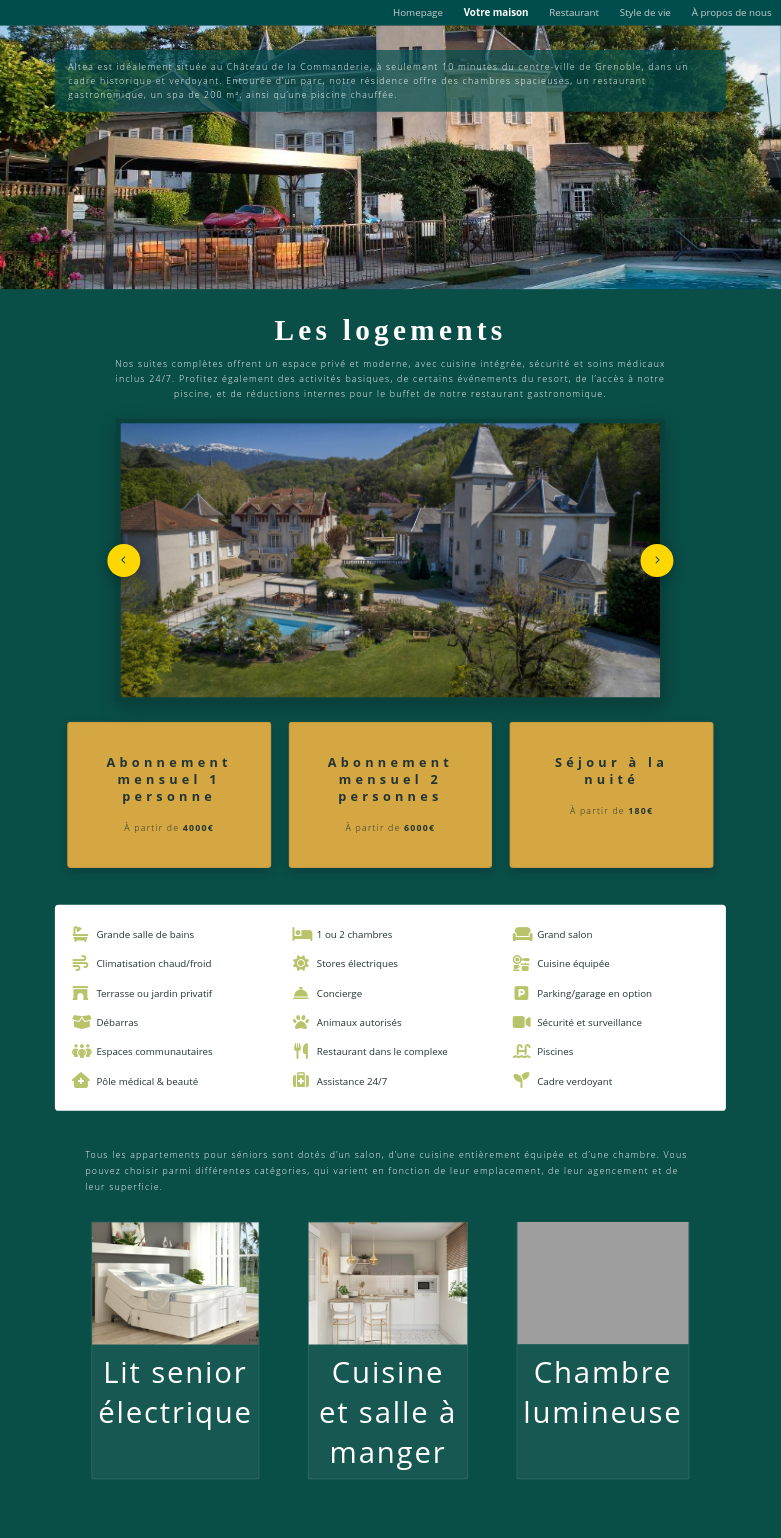
Repository: Rahimzeeeer/alteaaaa
Page: maison.html
The author's editor kept a copy of each file at every save. The page is drawn from the files as they stood at one save, then again after the next save.
The browser window is 1280 px wide. The pictures show the whole page, at 61% of full size.
Pictures or frames that could not be fetched are drawn as grey boxes.

Above is the page before, as saved 2025-08-12 17:37:52.

### maison.html
<!DOCTYPE html>
<html lang="fr">
<head>
  <meta charset="UTF-8" />
  <meta name="viewport" content="width=device-width, initial-scale=1.0"/>
  <title>Votre maison – Altea</title>
  <link rel="stylesheet" href="style.css" />
  <link rel="stylesheet" href="https://cdnjs.cloudflare.com/ajax/libs/font-awesome/6.5.0/css/all.min.css"/>
</head>
<body>

  <!-- Navbar -->
  <header>
    <nav class="navbar">
      <ul>
        <li><a href="index.html">Homepage</a></li>
        <li><a href="maison.html" class="active">Votre maison</a></li>
        <li><a href="restaurant.html">Restaurant</a></li>
        <li><a href="style.html">Style de vie</a></li>
        <li><a href="apropos.html">À propos de nous</a></li>
      </ul>
    </nav>
  </header>

  <!-- Bandeau visuel + encart -->
  <section class="cover-banner" style="--cover:url('images/maison/cover.jpg')">
    <p class="cover-bubble">
      Altea est idéalement située au Château de la Commanderie, à seulement 10 minutes du centre-ville de Grenoble,
      dans un cadre historique et verdoyant. Entourée d’un parc, notre résidence offre des chambres spacieuses,
      un restaurant gastronomique, un spa de 200 m², ainsi qu’une piscine chauffée.
    </p>
  </section>

  <!-- Titre + intro -->
  <section class="lodging-intro">
    <h1>Les logements</h1>
    <p>
      Nos suites complètes offrent un espace privé et moderne, avec cuisine intégrée, sécurité et soins médicaux inclus 24/7.
      Profitez également des activités basiques, de certains événements du resort, de l’accès à notre piscine, et de
      réductions internes pour le buffet de notre restaurant gastronomique.
    </p>

    <!-- Visuel principal / carrousel (statique pour l’instant) -->
    <div class="lodging-hero">
      <button class="slide-btn prev"><i class="fa-solid fa-chevron-left"></i></button>
      <img src="images/maison/slider-1.jpg" alt="Résidence Altea" />
      <button class="slide-btn next"><i class="fa-solid fa-chevron-right"></i></button>
    </div>

    <!-- Cartes tarifs -->
    <div class="price-cards">
      <article class="price-card">
        <h4>Abonnement mensuel 1 personne</h4>
        <p class="price-note">À partir de <strong>4000€</strong></p>
      </article>
      <article class="price-card">
        <h4>Abonnement mensuel 2 personnes</h4>
        <p class="price-note">À partir de <strong>6000€</strong></p>
      </article>
      <article class="price-card">
        <h4>Séjour à la nuité</h4>
        <p class="price-note">À partir de <strong>180€</strong></p>
      </article>
    </div>
  </section>

  <!-- Équipements (panneau blanc) -->
  <section class="features-panel">
    <div class="features-grid">
      <div class="feature"><i class="fa-solid fa-bath"></i> Grande salle de bains</div>
      <div class="feature"><i class="fa-solid fa-bed"></i> 1 ou 2 chambres</div>
      <div class="feature"><i class="fa-solid fa-couch"></i> Grand salon</div>

      <div class="feature"><i class="fa-solid fa-wind"></i> Climatisation chaud/froid</div>
      <div class="feature"><i class="fa-solid fa-sun"></i> Stores électriques</div>
      <div class="feature"><i class="fa-solid fa-kitchen-set"></i> Cuisine équipée</div>

      <div class="feature"><i class="fa-solid fa-archway"></i> Terrasse ou jardin privatif</div>
      <div class="feature"><i class="fa-solid fa-bell-concierge"></i> Concierge</div>
      <div class="feature"><i class="fa-solid fa-square-parking"></i> Parking/garage en option</div>

      <div class="feature"><i class="fa-solid fa-box-open"></i> Débarras</div>
      <div class="feature"><i class="fa-solid fa-paw"></i> Animaux autorisés</div>
      <div class="feature"><i class="fa-solid fa-video"></i> Sécurité et surveillance</div>

      <div class="feature"><i class="fa-solid fa-people-group"></i> Espaces communautaires</div>
      <div class="feature"><i class="fa-solid fa-utensils"></i> Restaurant dans le complexe</div>
      <div class="feature"><i class="fa-solid fa-water-ladder"></i> Piscines</div>

      <div class="feature"><i class="fa-solid fa-house-medical"></i> Pôle médical & beauté</div>
      <div class="feature"><i class="fa-solid fa-suitcase-medical"></i> Assistance 24/7</div>
      <div class="feature"><i class="fa-solid fa-seedling"></i> Cadre verdoyant</div>
    </div>
  </section>

  <!-- Texte + galerie à légendes -->
  <section class="lodging-gallery">
    <div class="lg-text">
      <p>
        Tous les appartements pour séniors sont dotés d’un salon, d’une cuisine entièrement équipée et d’une
        chambre. Vous pouvez choisir parmi différentes catégories, qui varient en fonction de leur emplacement,
        de leur agencement et de leur superficie.
      </p>
    </div>
    <div class="lg-grid">
      <figure class="lg-item">
        <img src="images/maison/lit-senior.png" alt="Lit senior électrique" />
        <figcaption>Lit senior électrique</figcaption>
      </figure>
      <figure class="lg-item">
        <img src="images/maison/cuisine.webp" alt="Cuisine et salle à manger" />
        <figcaption>Cuisine et salle à manger</figcaption>
      </figure>
      <figure class="lg-item">
        <img src="images/maison/chambre.jpg" alt="Chambre lumineuse" />
        <figcaption>Chambre lumineuse</figcaption>
      </figure>
    </div>
  </section>

</body>
</html>

### style.css
/* =========================
   Variables & reset
========================= */
:root{
  --green: #0a4e48;      /* vert profond (fond global) */
  --teal:  #004d4d;      /* navbar / boutons */
  --gold:  gold;         /* accents dorés */
  --ink:   #233;         /* texte sombre sur fond clair */
  --white: #fff;
}

*{ box-sizing: border-box; }

/* ===== Fonts ===== */
/* Exemple : Serif pour titres et Sans-serif pour le reste */
@import url('https://fonts.googleapis.com/css2?family=Merriweather:wght@400;700&family=Open+Sans:wght@400;600&display=swap');


/* Titres en serif */
h1, h2, h3, h4, .section-title {
  font-family: 'Open sans', serif;
  letter-spacing: 7px;
  font-size: 2.5rem; /* plus grand */
}

h1{
  font-size: 3rem; /* plus grand */
}
h2{
  font-size: 2rem; /* plus grand */
}

h3{
  font-size: 1.8rem; /* plus grand */
}

h4{
  font-size: 1.3rem; /* plus grand */
}
p{
  font-size: 0.9rem; /* plus grand */
}


p, span{
  font-family: 'Open sans', sans-serif;
  letter-spacing: 2px;
  font-weight : lighter
}



body{
  margin: 0;
  font-family: 'Open Sans', sans-serif;
  background-color: var(--green);
  color: var(--white);
}

/* Texte vert sur fond jaune */
.gold-bg {
    background-color: #d4a949;
    color: #004d40; /* Vert foncé élégant */
}

.gold-bg h2,
.gold-bg h3,
.gold-bg p {
    color: #004d40;
}


/* =========================
   Navbar
========================= */
.navbar{
  background-color: var(--teal);
  padding: 10px 0;
  text-align: right;
  box-shadow: 0 2px 8px rgba(0,0,0,0.3);
}
.navbar ul{ list-style: none; margin: 0; padding: 0; }
.navbar li{ display: inline-block; margin: 0 15px; }
.navbar a{
  color: #ccc;
  text-decoration: none;
  font-size: 16px;
  transition: color .3s ease;
}
.navbar a:hover,
.navbar a.active{ color: var(--white); }
.navbar a.active{ font-weight: bold; }

/* =========================
   Hero
========================= */
.hero {
  position: relative;
  width: 100%;
  height: 90vh;
  display: flex;
  align-items: center;
  justify-content: center;
}

.hero-image {
  position: absolute; inset: 0;
  width: 100%; height: 100%;
  object-fit: cover; z-index: -1;
  filter: brightness(0.8);
  transform: scale(1.03);
}

/* === Homepage hero refinements === */
.hero-content {
  width: 100%;
  height: 100%;
  display: flex;
  flex-direction: column;
  justify-content: flex-start;
  align-items: center;
  padding-top: 2vh; /* valeur réduite = logo monte */
  text-align: center;
  color: var(--white);
}


.hero-logo {
  max-width: 280px; /* taille augmentée */
}


.hero-welcome {
  font-family: 'Open sans', serif;
  letter-spacing: 10px;
  text-transform: uppercase;
  font-size: 2rem; /* plus grand pour un effet prestige */
  opacity: 0.9;
  margin-bottom: 8px;
}


.hero-buttons {
  position: absolute;
  bottom: 24px;
  margin: 0;
}

.hero-buttons .btn {
  display: inline-block;
  background-color: var(--green);
  color: var(--gold);
  padding: 10px 16px;
  margin: 10px;
  font-weight: lighter;
  text-decoration: none;
  border-radius: 4px;
  transition: filter 0.3s, transform 0.3s;
  font-size: 1em;
  border: 1px solid rgba(0,0,0,0.1);
  font-family: 'Open sans'seif;
  letter-spacing: 5px;
}

.hero-buttons .btn:hover {
  filter: brightness(1.05);
  transform: translateY(-1px);
}


/* =========================
   Catégories
========================= */
.section-title{
  text-align: center;
  font-size: 2rem;
  margin: 30px 0;
  color: var(--white);
  font-weight: lighter;
}
.category-grid{
  display: grid;
  grid-template-columns: repeat(3, 1fr);
  gap: 15px;
  max-width: 1000px;
  margin: 0 auto;
}
.category-item{ position: relative; overflow: hidden; }
.category-item img{ width: 100%; display: block; }
.category-item span{
  position: absolute; left: 50%; bottom: 10px;
  transform: translateX(-50%);
  background-color: rgba(0,77,77,.8);
  color: var(--white);
  padding: 6px 12px;

  border-radius: 4px;
}

/* =========================
   Notre resort
========================= */
.resort{
  max-width: 1000px;
  margin: 50px auto;
  padding: 20px;
  color: var(--white);
  text-align: center;
}
.resort-text h2{ font-size: 2em; margin: 0 0 10px; }
.resort-text p{ margin: 15px 0; line-height: 1.5; }
.btn-gold{
  background-color: var(--gold);
  color: var(--teal);
  padding: 8px 14px;
  text-decoration: none;
  font-weight: bold;
  border-radius: 20px;

}
.resort-video video{
  margin-top: 20px;
  width: 100%;
  border-radius: 8px;
}

/* =========================
   Actualités
========================= */
.actualites{
  padding: 40px;
  text-align: center;
  background-color: var(--teal);
  color: var(--white);
}
.actus-grid{
  display: grid;
  grid-template-columns: repeat(3, 1fr);
  padding: 0 50px; /* marge interne gauche/droite */
  gap: 20px;
}
.actus-item{
  background: transparent;
  border: 1px solid var(--gold);
  position: relative;
}
.actus-item img{
  width: 100%;
  height: 300px;         /* taille uniforme */
  object-fit: cover;     /* recadrage propre */
  border-bottom: 2px solid var(--gold);
}
.actus-item h3,p{
  text-align: left;
  padding: 0 30px;
}
.plus-btn{
  position: absolute; bottom: 10px; right: 10px;
  background-color: var(--gold);
  color: var(--teal);
  font-weight: bold;
  border-radius: 50%;
  padding: 5px 10px;
  cursor: pointer;
}

/* =========================
   Avis (fond flou en arrière-plan)
========================= */
.avis{
  position: relative;
  overflow: hidden;
  min-height: 100vh;                    /* ≈ une page */
  display: flex; flex-direction: column;
  justify-content: center; align-items: center;
  padding: 60px 20px;
  text-align: center;
  color: var(--white);
}
.avis::before{
  content: "";
  position: absolute; inset: 0;
  background: url('images/index/avisbg.png') center/cover no-repeat;
  filter: brightness(0.6);
  transform: scale(1.03);
  z-index: 0;
}
.avis > *{ position: relative; z-index: 1; }
.avis h2{ margin-bottom: 24px; font-size: 2.2rem; }
.avis-container{
  display: flex; justify-content: center; flex-wrap: wrap;
  gap: 40px;
}
.avis-item{ max-width: 360px; font-style: italic; }

/* =========================
   Nous contacter
========================= */
.contact{
  background-color: #d4a743;  /* fond or/moutarde */
  padding: 60px 20px;
  color: var(--ink);
  text-align: center;
}

.contact h3 {
  text-align: left;
  font-size: 1.8rem;

}

.contact-grid{
  max-width: 1000px; margin: 0 auto;
  display: grid; grid-template-columns: repeat(3, 1fr);
  gap: 24px;
}
.contact-box{
  background: rgba(255,255,255,.02);
  border: 2px solid var(--green);
  border-radius: 8px;
  padding: 24px;
  min-height: 220px;
  box-shadow: 0 2px 6px rgba(0,0,0,.08);
}
.contact-box h3{
  margin: 0 0 12px;
  font-weight: 700;
}

/* =========================
   Responsive
========================= */
@media (max-width: 900px){
  .category-grid{ grid-template-columns: 1fr 1fr; }
  .actus-grid{ grid-template-columns: 1fr; }
  .contact-grid{ grid-template-columns: 1fr; }
  .hero{ height: 70vh; }
}


/* =========================
   Votre maison
========================= */

/* Bandeau haut avec encart */
.cover-banner{
  position: relative;
  width: 100%;
  height: 60vh;
  background: var(--green);
  display: flex;
  align-items: flex-start;
  justify-content: center;
  padding-top: 40px;
}
.cover-banner::before{
  content: "";
  position: absolute; inset: 0;
  background: var(--green) center/cover no-repeat;
  background-image: var(--cover);

  z-index: 0;
}
.cover-bubble{
  position: relative;
  z-index: 1;
  max-width: 1100px;
  margin: 0 20px;
  background: rgba(0,77,77,.7);
  color: var(--white);
  padding: 16px 22px;
  border-radius: 10px;
  line-height: 1.6;
}

/* Intro + titre + grand visuel */
.lodging-intro{
  max-width: 1100px;
  margin: 40px auto 20px;
  padding: 0 20px;
}
.lodging-intro h1{
  font-family: 'Merriweather', serif;
  font-size: 3rem;
  text-align: center;
  margin: 10px 0 16px;
}
.lodging-intro p{
  text-align: center;
  line-height: 1.7;
  max-width: 980px;
  margin: 0 auto 28px;
}
.lodging-hero{
  position: relative;
  max-width: 900px;
  margin: 0 auto 32px;
  border: 8px solid rgba(0,0,0,.15);
  box-shadow: 0 10px 30px rgba(0,0,0,.25);
}
.lodging-hero img{
  display: block;
  width: 100%;
  height: auto;
}
.slide-btn{
  position: absolute; top: 50%; transform: translateY(-50%);
  width: 54px; height: 54px; border: none; cursor: pointer;
  border-radius: 50%;
  background: var(--gold);
  color: var(--teal);
  display: grid; place-items: center;
  box-shadow: 0 6px 20px rgba(0,0,0,.25);
}
.slide-btn.prev{ left: -22px; }
.slide-btn.next{ right: -22px; }

/* Tarifs */
.price-cards{
  display: grid;
  grid-template-columns: repeat(3, 1fr);
  gap: 28px;
  margin: 26px auto 10px;
  max-width: 1100px;
}
.price-card{
  background: #d4a743;
  color: var(--ink);
  padding: 22px;
  border-radius: 6px;
  box-shadow: 0 6px 16px rgba(0,0,0,.18);
  border: 2px solid rgba(0,0,0,.08);
  text-align: center;
}


/* Panneau des équipements (blanc) */
.features-panel{
  background: var(--white);
  color: var(--ink);
  margin: 60px auto;
  max-width: 1100px;
  border-radius: 6px;
  padding: 36px 28px;
}
.features-grid{
  display: grid;
  grid-template-columns: repeat(3, 1fr);
  gap: 22px 40px;
}
.feature{
  display: flex; align-items: center; gap: 12px;
  font-size: 1rem;
}
.feature i{
  color: #b9c36a;          /* vert jaunâtre comme sur la maquette */
  font-size: 26px;
  width: 28px; text-align: center;
}

/* Texte + galerie à légendes */
.lodging-gallery{
  max-width: 1100px; margin: 40px auto 80px; padding: 0 20px;
  display: grid; grid-template-columns: 1fr 1.2fr; gap: 28px;
  grid-template-columns: 1fr; /* 1 seule colonne */
}
.lg-text p{ line-height: 1.8; margin: 0; }
.lg-grid{
  display: grid; gap: 0px;
   grid-template-columns: repeat(3, 1fr); /* 3 colonnes */
}
.lg-item{
  background: rgba(255,255,255,.06);
  border: 1px solid rgba(255,255,255,.15);
}
.lg-item img{
    display: block;
    width: 100%;
    height: 200px; /* même hauteur pour toutes */
    object-fit: cover; /* rogne l'image pour remplir sans déformation */

}
.lg-item figcaption{
  text-align: center;
  padding: 12px 10px;
  font-family: 'Open sans', sans-serif;
  font-size: 3rem;
  letter-spacing: 3px;
  border-top: 1px solid rgba(255,255,255,.15);
}

/* Responsive */
@media (max-width: 1000px){
  .price-cards{ grid-template-columns: 1fr; }
  .features-grid{ grid-template-columns: 1fr 1fr; }
  .lodging-gallery{ grid-template-columns: 1fr; }
  .slide-btn.prev{ left: 8px; } .slide-btn.next{ right: 8px; }
}
@media (max-width: 640px){
  .cover-banner{ height: 50vh; }
  .cover-bubble{ font-size: .95rem; }
  .lodging-intro h1{ font-size: 2.2rem; }
  .features-grid{ grid-template-columns: 1fr; }
}



/* ===== Restaurant ===== */

/* HERO */
.resto-hero {
  position: relative;
  height: 70vh;
  overflow: hidden;
}
.resto-hero img {
  width: 100%;
  height: 100%;
  object-fit: cover;
  filter: brightness(0.75);
}
.resto-hero-content {
  position: absolute;
  top: 50%;
  left: 50%;
  transform: translate(-50%, -50%);
  text-align: center;
  color: white;
}
.resto-hero-content h1 {
  font-size: 3rem;
  margin-bottom: 20px;
  font-family: 'Merriweather', serif;
}
.btn {
  display: inline-block;
  padding: 12px 24px;
  text-decoration: none;
  border-radius: 5px;
  font-weight: bold;
}
.btn-teal { background-color: #004d40; color: white; }
.btn-gold { background-color: #d4a743; color: #004d40; }
.btn:hover { filter: brightness(1.1); }

/* UNE AVENTURE FRANÇAISE */
.resto-aventure {
  display: flex;
  flex-wrap: wrap;
  gap: 20px;
  padding: 50px 5%;
  background-color: #004d40;
  color: white;
}


.aventure-images {
  flex: 1;
  display: flex;
  flex-direction: column;
  gap: 20px;
}
.aventure-images img {
  width: 100%;
  border-radius: 8px;
  object-fit: cover;
}
.aventure-text {
  flex: 1;
}
.aventure-text h2 {
  font-family: 'Merriweather', serif;
  color: #d4a743;
  margin-bottom: 20px;
}
.aventure-text p {
  margin-bottom: 20px;
  line-height: 1.6;
}

/* HORAIRES */
.resto-horaires {
  display: flex;
  flex-wrap: wrap;
  gap: 20px;
  padding: 50px 5%;
  background-color: #d4a743;
}
.horaires-images {
  flex: 1;
  display: flex;
  flex-direction: column;
  gap: 20px;
}
.horaires-images img {
  width: 100%;
  border-radius: 8px;
  object-fit: cover;
}
.horaires-text {
  flex: 1;
  display: flex;
  flex-direction: column;
  justify-content: center;
}
.horaires-text h3 {
  font-family: 'Merriweather', serif;
  margin-bottom: 20px;
  color: #004d40;
}
.horaires-text ul {
  margin-bottom: 20px;
  padding-left: 20px;
}
.horaires-text li {
  margin-bottom: 10px;
}

/* Responsive */
@media (max-width: 768px) {
  .resto-aventure, .resto-horaires {
    flex-direction: column;
  }
}


/* Couleurs de fond */
.gold-bg { background-color: #d4a949; padding: 60px 80px; }
.green-bg { background-color: #004d40; color: white; padding: 60px 80px; }

/* Titres */
.title {
    text-align: center;
    font-size: 2.5rem;
    margin-bottom: 40px;
}
.serif { font-family: 'Times New Roman', serif; }

/* Section sport */
.sport-grid {
    display: grid;
    grid-template-columns: repeat(2, 1fr);
    gap: 30px;
}
.sport-item img {
    width: 100%;
    height: 250px;
    object-fit: cover;
    border-radius: 6px;
}
.sport-item h3 {
    margin-top: 10px;
    font-size: 1.5rem;
}

/* Bien-être */
.wellness-grid {
    display: grid;
    grid-template-columns: 1fr 1.5fr;
    gap: 20px;
}
.wellness-grid .images {
    display: grid;
    grid-template-columns: repeat(2, 1fr);
    gap: 10px;
}
.wellness-grid img {
    width: 100%;
    height: 200px;
    object-fit: cover;
    border-radius: 6px;
}

/* Communauté */
.community-grid {
    display: grid;
    grid-template-columns: repeat(3, 1fr);
    gap: 30px;
    text-align: center;
}
.community-item img {
    width: 100%;
    height: 250px;
    object-fit: cover;
    border-radius: 6px;
}
.community-item h3 {
    margin-top: 15px;
    font-size: 1.4rem;
}

/* Premium */
.premium-text {
    text-align: center;
    margin-bottom: 40px;
}
.premium-grid {
    display: grid;
    grid-template-columns: 2fr 1fr 1fr;
    gap: 20px;
}
.premium-grid img {
    width: 100%;
    height: 300px;
    object-fit: cover;
    border-radius: 6px;
}

.gold-bg {
  background-color: #d4af37; /* jaune doré */
  color: #004d40; /* texte vert foncé */
}

.apropos {
  padding: 60px 5%;
}

.apropos h2 {
  font-family: serif;
  font-size: 2.5rem;
  text-align: center;
  margin-bottom: 50px;
}

.apropos-grid {
  display: flex;
  justify-content: space-between;
  gap: 30px;
}

.apropos-item {
  background-color: #004d40; /* vert foncé */
  color: white;
  border-radius: 8px;
  overflow: hidden;
  flex: 1;
  display: flex;
  flex-direction: column;
}

.apropos-item img {
  width: 100%;
  height: 250px;
  object-fit: cover;
}

.apropos-text {
  padding: 20px;
}

.apropos-text h3 {
  font-size: 1.4rem;
 color: white;
  margin-bottom: 10px;
  font-family: serif;
}

.apropos-text p,
.apropos-text ul {
  font-size: 0.95rem;
  color: white;
  line-height: 1.5;
}

.apropos-text ul {
  list-style-type: disc;
  padding-left: 20px;
}

@media (max-width: 900px) {
  .apropos-grid {
    flex-direction: column;
  }
}

After the next save:
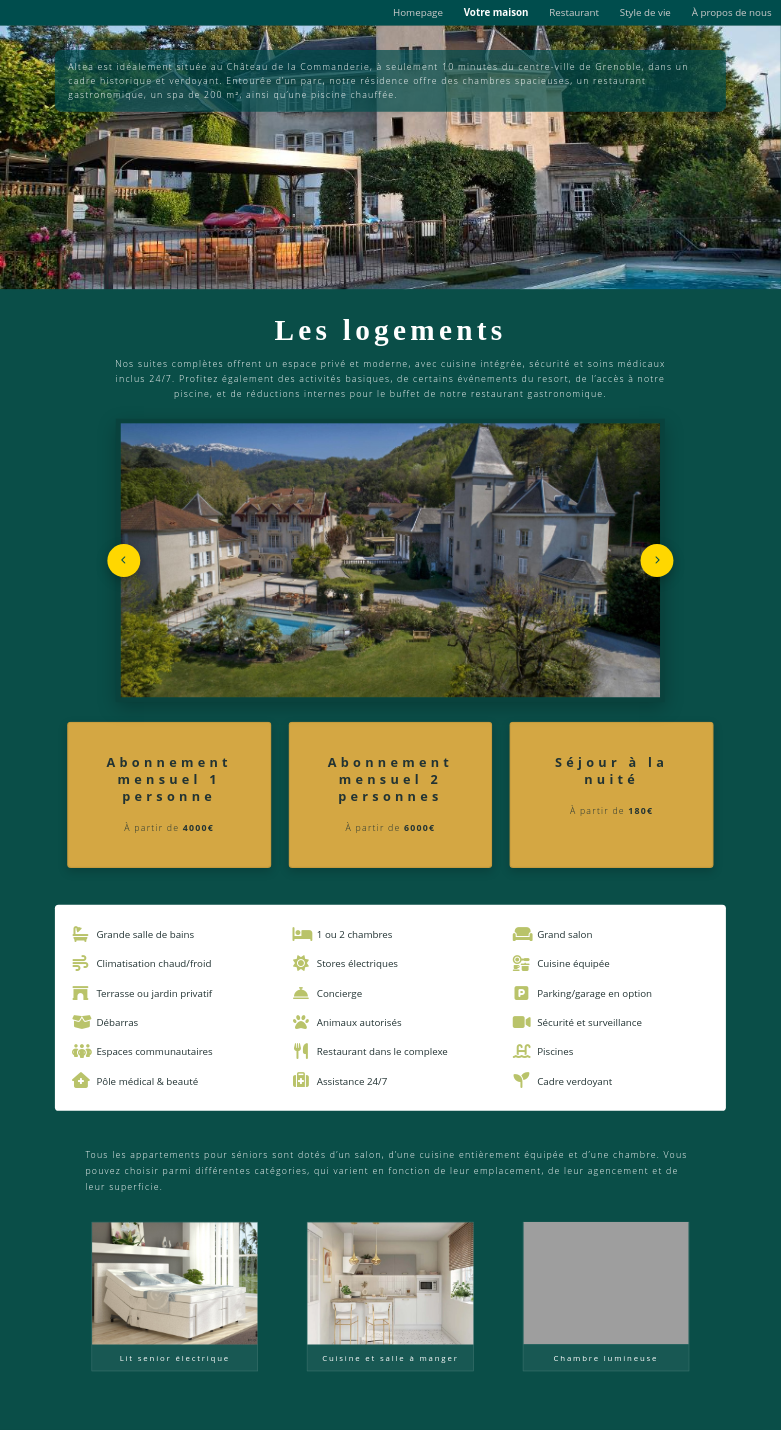
Saved 12 s later.
--- a/style.css
+++ b/style.css
@@ -484,7 +484,7 @@ body{
   text-align: center;
   padding: 12px 10px;
   font-family: 'Open sans', sans-serif;
-  font-size: 3rem;
+  font-size: 0.8rem;
   letter-spacing: 3px;
   border-top: 1px solid rgba(255,255,255,.15);
 }
